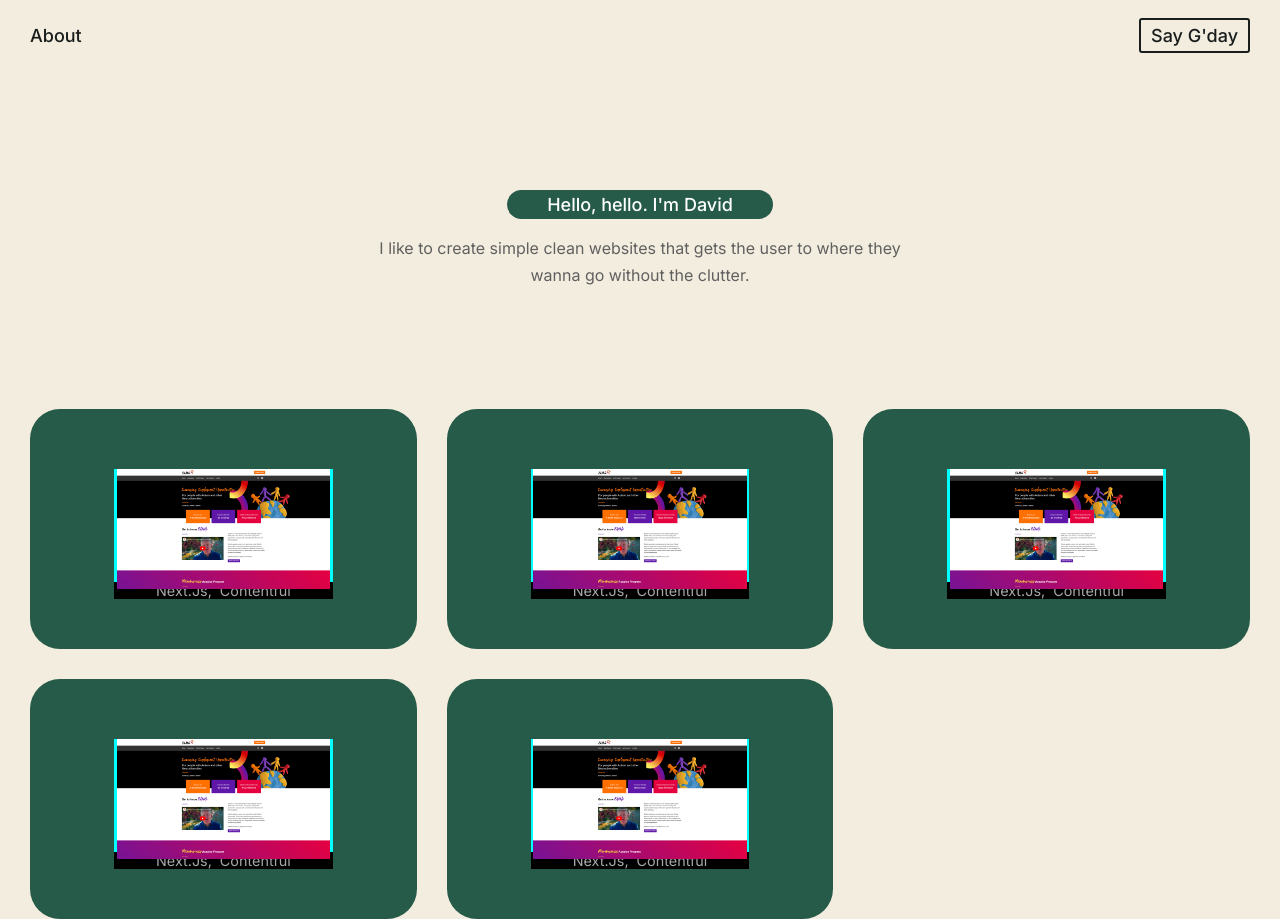
Repository: David-Waite/David-Waite-Portfolio
Page: /
An editor plug-in stored every save of this project. The page is shown before and after the next save, followed by the edit.
The browser window is 1280 px wide. The pictures show the whole page.
The project was rebuilt for these pictures with package versions that can differ from the ones it lists, and the page was loaded fresh each time. The framework's server and built-in components were replaced by stand-ins that run in the browser. Also part of the build but not shown: next.config.js.

Above is the page before, as saved 2023-07-26 13:19:54.

### app/layout.tsx
import "./globals.css";
import type { Metadata } from "next";
import { Inter } from "next/font/google";
import Link from "next/link";
import NavBar from "./components/Nav/NavBar/NavBar";

const inter = Inter({ subsets: ["latin"] });

export const metadata: Metadata = {
  title: "Create Next App",
  description: "Generated by create next app",
};

export default function RootLayout({
  children,
}: {
  children: React.ReactNode;
}) {
  return (
    <html lang="en">
      <body className={inter.className}>
        <NavBar />
        {children}
      </body>
    </html>
  );
}

### app/page.tsx
import Projects from "./components/Nav/Home/Projects/Projects";
import styles from "./page.module.css";
import Image from "next/image";
export default function Home() {
  return (
    <main className={styles.main}>
      <div className={styles.headingContainer}>
        <h1>Hello, hello. I&apos;m David</h1>
        <p>
          I like to create simple clean websites that gets the user to where
          they wanna go without the clutter.
        </p>
      </div>
      <Projects />
    </main>
  );
}

### app/globals.css
:root {
  --primary: #255b48;
  --black: #191d1b;
  --background: #f3eddf;
  --white: #ffffff;
  --grey: #606060;
}

.paragraph {
  font-size: 18px;
  font-style: normal;
  font-weight: 400;
  line-height: 25.2px;
  color: var(--black);
}

body {
  background-color: var(--background);
}

* {
  padding: 0;
  margin: 0;
  box-sizing: border-box;
}

### app/components/Nav/NavBar/NavBar.tsx
"use client";
import NavButton from "../NavButton/NavButton";
import styles from "./navBar.module.css";
import { usePathname } from "next/navigation";

import Link from "next/link";

export default function NavBar() {
  const currentRoute = usePathname();

  return (
    <nav className={styles.container}>
      <Link href={`./${currentRoute === "/" ? "about" : "/"}`}>
        {currentRoute === "/" ? "About" : "Home"}
      </Link>

      {currentRoute !== "/contact" && <NavButton />}
    </nav>
  );
}

### app/components/Nav/Home/Projects/Projects.tsx
"use client";

import Image from "next/image";
import styles from "./projects.module.css";

export default function About() {
  const projects: any = [
    {
      image: "/Edable.jpg",
      imageAlt: "Edable Home",
      link: "www.edable.org.au",
      description:
        "A charity working on employing and educating in the field of autism",
      madeWith: ["Next.Js", "Contentful"],
    },
    {
      image: "/Edable.jpg",
      imageAlt: "Edable Home",
      link: "www.edable.org.au",
      description:
        "A charity working on employing and educating in the field of autism",
      madeWith: ["Next.Js", "Contentful"],
    },

    {
      image: "/Edable.jpg",
      imageAlt: "Edable Home",
      link: "www.edable.org.au",
      description:
        "A charity working on employing and educating in the field of autism",
      madeWith: ["Next.Js", "Contentful"],
    },
    {
      image: "/Edable.jpg",
      imageAlt: "Edable Home",
      link: "www.edable.org.au",
      description:
        "A charity working on employing and educating in the field of autism",
      madeWith: ["Next.Js", "Contentful"],
    },
    {
      image: "/Edable.jpg",
      imageAlt: "Edable Home",
      link: "www.edable.org.au",
      description:
        "A charity working on employing and educating in the field of autism",
      madeWith: ["Next.Js", "Contentful"],
    },
  ];

  const projectCardsElement: any = projects.map((item: any) => {
    return (
      <a
        key={item.title}
        href={`https://${item.link}`}
        target="_blank"
        style={{ textDecoration: "none" }}
      >
        <div className={styles.projectsCard}>
          <div className={styles.projectContainer}>
            <div className={styles.projectInfo}>
              <div></div>
              <div>
                <h2>{item.link}</h2>
                <p>{item.description}</p>
              </div>

              <ul className={styles.madeWith}>
                {item.madeWith.map((madewith: any) => (
                  <li key={item.title}>
                    {`${madewith}${
                      madewith === item.madeWith[item.madeWith.length - 1]
                        ? ""
                        : ","
                    }`}
                  </li>
                ))}
              </ul>
            </div>

            <Image
              className={styles.projectImages}
              src={item.image}
              alt={item.imageAlt}
              fill={true}
            />
          </div>
        </div>
      </a>
    );
  });
  return <div className={styles.projectsGrid}>{projectCardsElement}</div>;
}
// import styles from "./projects.module.css";
// import Image from "next/image";
// export default function Projects() {
//   return (
//     <main className={styles.main}>
//       <div className={styles.projects}>
//         <div className={styles.projectContainer}>
//           <div className={styles.imageContainer}>
//             <Image
//               src="/Edable.jpg"
//               fill={true}
//               alt="Edable homePage"
//               objectFit="contain"
//             />
//             <div className={styles.text}>
//               <h2>https://www.edable.org.au/</h2>
//               <p>
//                 A charity working on employing and educating in the field of
//                 autism
//               </p>
//             </div>
//           </div>
//         </div>
//         <div className={styles.projectContainer}></div>
//         <div className={styles.projectContainer}></div>
//         <div className={styles.projectContainer}></div>
//         <div className={styles.projectContainer}></div>
//       </div>
//     </main>
//   );
// }

### app/page.module.css
.main {
  margin: 0 30px;
}
.headingContainer {
  display: flex;
  flex-direction: column;
  align-items: center;
  margin: 120px 0px;
}

.headingContainer h1 {
  background-color: var(--primary);
  color: var(--white);
  font-size: 18px;
  font-weight: 500;
  padding: 4px 40px;
  border-radius: 20px;
  margin-bottom: 16px;
}

.headingContainer p {
  color: var(--grey);
  max-width: 550px;
  text-align: center;
  line-height: 27px;
}

### app/components/Nav/NavButton/NavButton.tsx
import styles from "./navButton.module.css";

import Link from "next/link";

export default function NavButton() {
  return (
    <Link className={styles.container} href={"./contact"}>
      Say G&apos;day
    </Link>
  );
}

### app/components/Nav/NavBar/navBar.module.css
.container {
  display: flex;
  align-items: center;
  justify-content: space-between;
  height: 70px;
  padding: 0 30px;
}

.container a {
  color: var(--black);
  cursor: pointer;
  text-decoration: none;
  font-size: 18px;
  font-weight: 500;
}

### app/components/Nav/Home/Projects/projects.module.css
.projectsGrid {
  display: grid;
  grid-template-columns: 1fr 1fr 1fr;
  gap: 30px;
}

.projectsCard {
  background-color: var(--primary);
  height: calc((100vw / 3) / 16 * 9);
  border-radius: 30px;
  display: flex;
  align-items: center;
  justify-content: center;
}

.projectContainer {
  position: relative;
  height: calc(100% - 120px);
  width: calc(100% - 168px);
  border-radius: 3px;
}
.projectImages {
  object-fit: contain;
  z-index: 0;
}
.projectInfo {
  position: absolute;
  opacity: 1;
  background-color: aqua;
}

.projectsCard h2 {
  margin-top: auto;
  text-align: center;
  color: var(--white);
  font-size: 18px;
  font-weight: 500;
}

.projectsCard p {
  font-size: 18px;
  text-align: center;
  margin: 8px 30px 0 30px;
  color: var(--white);
  font-weight: 300;
  margin-bottom: auto;
}

.madeWith {
  list-style: none;
  display: flex;
  justify-content: center;
  gap: 8px;
  color: #a7a7a7;
  font-size: 14.4px;
  background-color: black;
}

### app/components/Nav/NavButton/navButton.module.css
.container {
  border: 2px solid var(--black);
  color: var(--black);
  font-weight: 500;
  border-radius: 3px;
  padding: 5px 10px;
  transition: 0.3s;
}

.container:hover {
  background-color: var(--primary);
  color: var(--white);
}

After the next save:
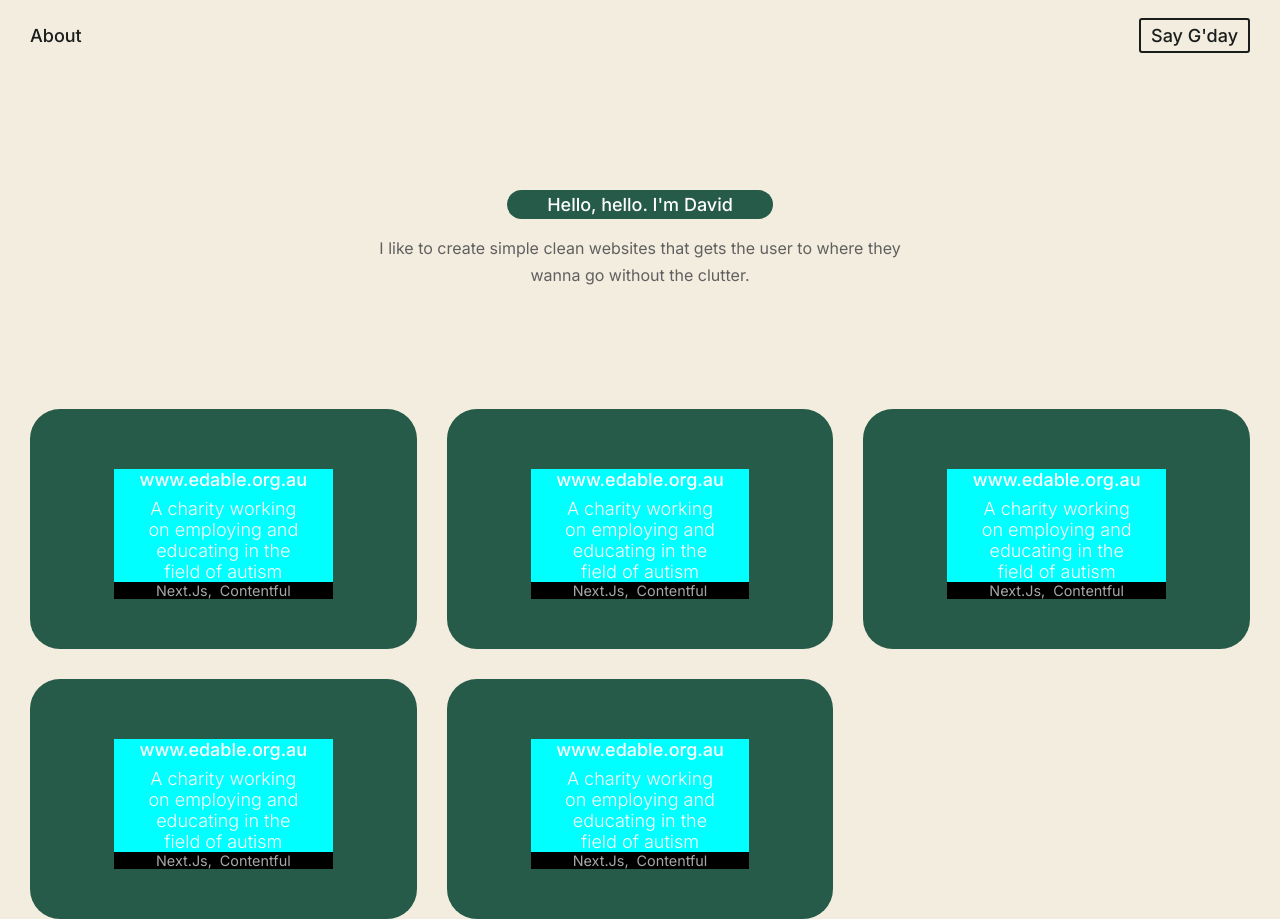
Saved 4 s later.
--- a/app/components/Nav/Home/Projects/projects.module.css
+++ b/app/components/Nav/Home/Projects/projects.module.css
@@ -25,6 +25,7 @@
 }
 .projectInfo {
   position: absolute;
+  z-index: 2;
   opacity: 1;
   background-color: aqua;
 }
